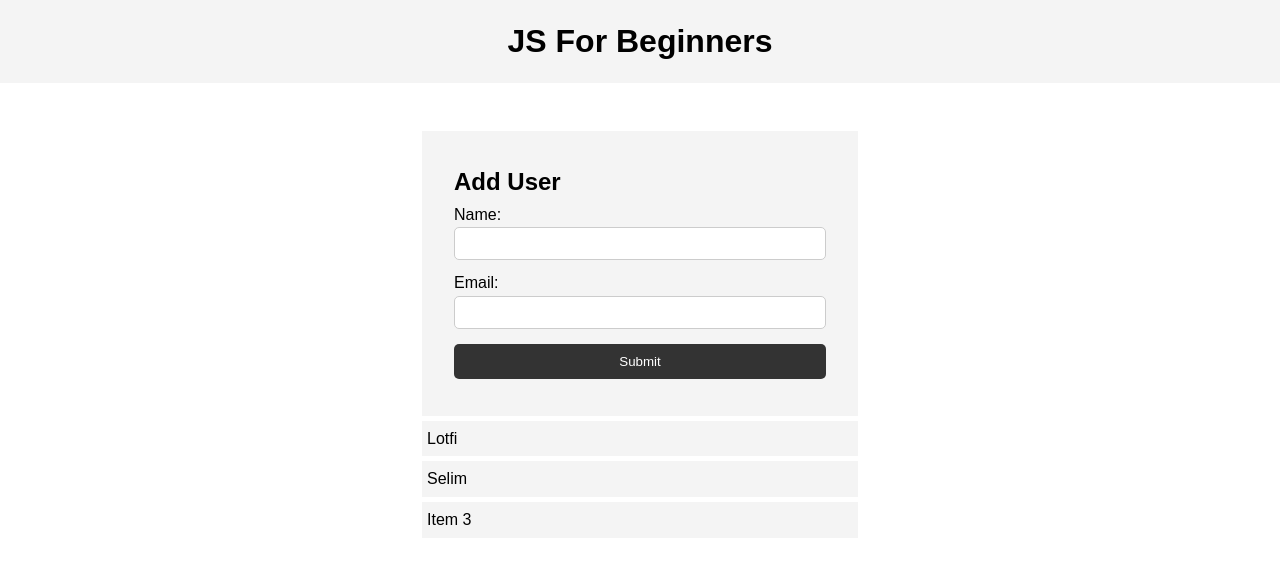
Repository: balkisys/FormationFullStackJS
Page: index.html
An editor plug-in stored every save of this project. The page is shown before and after the next save, followed by the edit.
The browser window is 1280 px wide. The pictures show the whole page.

Above is the page before, as saved 2021-03-20 13:11:29.

### index.html
<!DOCTYPE html>
<html lang="en">
  <head>
    <meta charset="UTF-8" />
    <meta name="viewport" content="width=device-width, initial-scale=1.0" />
    <meta http-equiv="X-UA-Compatible" content="ie=edge" />
    <title>JS For Beginners</title>
    <link rel="stylesheet" href="style.css">
  </head>
  <body>
    <header>
      <h1>JS For Beginners</h1>
    </header>

    <section class="container">
      <form id="my-form">
        <h1>Add User</h1>
        <div class="msg"></div>
        <div>
          <label for="name">Name:</label>
          <input type="text" id="name">
        </div>
        <div>
          <label for="email">Email:</label>
          <input type="text" id="email">
        </div>
        <input class="btn" type="submit" value="Submit">
      </form>

      <ul id="users"></ul>

      <ul class="items">
        <li class="item">Item 1</li>
        <li class="item">Item 2</li>
        <li class="item">Item 3</li>
      </ul>
    </section>



    <script src="test.js">
    </script>
  </body>
</html>

### style.css
* {
    margin: 0;
    padding: 0;
    box-sizing: border-box;
}

body {
    font-family: Arial, Helvetica, sans-serif;
    line-height: 1.6;
}

ul {
    list-style: none;
}

ul li {
    padding: 5px;
    background: #f4f4f4;
    margin: 5px 0;
}

header {
    background: #f4f4f4;
    padding: 1rem;
    text-align: center;
}

.container {
    margin: auto;
    width: 500px;
    overflow: auto;
    padding: 3rem 2rem;
}

#my-form {
    padding: 2rem;
    background: #f4f4f4;
}

#my-form label {
    display: block;
}

#my-form input[type='text'] {
    width: 100%;
    padding: 8px;
    margin-bottom: 10px;
    border-radius: 5px;
    border: 1px solid #ccc;
}

.btn {
    display: block;
    width: 100%;
    padding: 10px 15px;
    border: 0;
    background: #333;
    color: #fff;
    border-radius: 5px;
    margin: 5px 0;
}

.btn:hover {
    background: #444;
}

.bg-dark {
    background: #333;
    color: #fff;
}

.error {
    background: orangered;
    color: #fff;
    padding: 5px;
    margin: 5px;
}

### test.js
//console.log('Hello world ');
//console.error('This is an error Test ');
//console.warn('this is a warning ');


//console.log(a);
 // let, const
//let age = 30;
//age = 15;
//console.log(age);

//const PI = 3.14;
//PI = 50;
//console.log(age);

//String , Numbers , Boolean , undefined , Objet

// let number = 14.5;
// var isCold = true;
// var X;
// var z = null;
// const y = undefined;
// console.log(typeof isCold);
// console.log(typeof y);
//x = 6;
//console.log(x);

// Concatenation
//const age = 30;
//const name = 'Ali ';
//console.log('My name is : ' + name + ' i am ' + age);
// Template literals (Template strings)
//const hello = `My name is ${name} and I am ${age} `;
//console.log(hello);
//const s = 'Hello Weekend';
//console.log(s.length);// property of JS
//console.log(s.toLowerCase());
//console.log(s.toUpperCase()); //methode pre JS

//console.log(s.substring(0, 5).toLocaleUpperCase());
//console.log(s.split(''));
//const c = 'technologie , computers , it , code , React ';
//console.log(c.split(','));
 // Array - vaiables that hold multiple values
// const numbers = new Array(1, 2, 3, 4, 5); // creation of an array with the constructor
// console.log(numbers);
// const fruits = ['apples', 'oranges', 1 , 2.2 , true];
// //console.log(fruits[4]); // first element
// //fruits[5] = 'hello';

// //fruits.push('mangos');

// //fruits.unshift('bbcc');
// //fruits.pop();
// //console.log(fruits);
// //console.log(Array.isArray('test'));

// console.log(fruits.indexOf('oranges'));// position of elements in the array

// const person = {
//     firstName: 'Johne',
//     age: 30,
//     hobbies: ['music', 'movies', 'sports'],
//     adress: {
//         street: ' 50 Main ',
//         city: 'Boston ',
//         state : 'MA'
//     }

// }
//console.log(person.age);

// distructuring to pull out object properties
// const { firstName, age, adress: { city } } = person;

// console.log(age);
// console.log(city);
// // we can add a property directly :
// person.email = 'Johne@gmail.com';
// console.log(person);
// Array of object  : object letrals
const todos = [
    {
        id: 1,
        text: 'Take JS cours ',
        isCompleted : true
    },
     {
        id: 2,
        text: 'Take React cours ',
        isCompleted : true
    },
      {
        id: 3,
        text: 'Take Node.js cours ',
        isCompleted : false
    }
]
// console.log(todos.length);

// const todoJSON = JSON.stringify(todos);
// console.log(todoJSON);

//FOR LOOP

//  for (let i = 0; i <= todos.length; i++){
//     console.log(todos[i]);
//     //console.log(`For Loop Number : ${i}`);
// }

// let i = 0;
// while (i < 5) {
//     console.log(`While Loop Number : ${i}`);
//     i ++;
// }
//ES6
// for (let item of todos) {
//     console.log(item);
// }
//Heigh Order Array Methods :
// forEach , Map , filter

// forEach  : just loops threw the array
// map : create new array from an array
// filter : create new array from an array based on condition

//ForEach
// todos.forEach(
//     function (todo) {
//     console.log(todo.text);
//     })

// Map
// const todoText = todos.map(function (item) {
//     return item.text;
// })
// console.log(todoText);

// Filter ES6


// const todoCompleted = todos.filter(function (item) {
//     return item.isCompleted === true;
// }).map(function (item1) {
//     return item1.text;
// })
// console.log(todoCompleted);

// Conditionals
// Simple If/ Else Statement
// let x = 10;
// let z = '10';
// console.log(x === z);

// x = '10';
// if (x === 10) {
//     console.log('x is 10');

// }
// else if (x > 10) {
//     console.log('x is grater then 10 ');
// }
// else {console.log('x is less then 10 or not a number ')}

// Ternary operator / shorthand if statement

// const x = 10;
// const color = x > 10 ? 'red' : 'blue';
// console.log(color);
// color = 'green';
// switch (color) {
//     case 'red':
//         console.log('color is red');
//         break;
//     case 'blue':
//         console.log('color is blue');
//         break;
//     default:
//         console.log('color is not red or blue ');

// }

// const x = 6;
// const y = 11;
// if (x > 5 && y > 10) { // 'OU' : ||  && : 'ET'
//     console.log('x is more then 5 and y is more than 10 ');
// }


// Fonctions
// declaration d'une fonction
// function addNumbers(num1 , num2) {
//     console.log(num1 + num2);
// }
// // appeler la fct :
// addNumbers(5, 10);
// addNumbers(); // return NaN (not a Number that means it should return a number )


// function addNumbers(num1 = 1, num2 = 8) {
//     console.log(num1 + num2);
// }
// addNumbers(10);



// arrow functions
// const addNumbers = (num1 = 1, num2 = 4) =>  num1 + num2

// console.log(addNumbers());

// const addNumbers = num1 => num1 + 5;
// console.log(addNumbers(70));

// OOP

// Constructor function
// function Person(firstName, lastName, dob) {
//     this.firstName = firstName;
//     this.lastName = lastName;
//     this.dob = new Date (dob);

//     // we can add a methods or functions to this object


// }
// const person = new Person('John', 'Doe', '04-03-1980');
// console.log(person);
// Person.prototype.getBirthYear = function () {
//     return this.dob.getFullYear();
//     }
// Person.prototype.getFullName = function () {
//         return `${this.firstName} ${this.lastName}`
// }


// Create class with ES6
// class Person {
//     constructor(firstName, lastName, dob) {
//         this.firstName = firstName;
//         this.lastName = lastName;
//         this.dob = new Date (dob);
//     }
//     getBirthYear() {
//         return this.dob.getFullYear();
//     }
//     getFullName() {
//          return `${this.firstName} ${this.lastName}`
//     }
// }

// const person2 = new Person(' ', '', '');
// console.log(person2);

// ------------------------------- DOM ---------------------- //

// window object is the parent object of the browser
//window.alert('Hello');


// const form = document.getElementById('my-form');
// console.log(form);
//console.log(document.querySelector('.container'));
// .class // //#id  //


 // Multiple element

// console.log(document.querySelectorAll('.item'));
// console.log(document.getElementsByClassName('item'));
// console.log(document.getElementsByTagName('div'));

// const items = document.querySelectorAll('.item');
// items.forEach((item) => console.log(item));


 const ul = document.querySelector('.items');
 //ul.remove();
//console.log(ul);
//ul.lastElementChild.remove();
//ul.firstElementChild.remove();
ul.firstElementChild.textContent = 'Lotfi';
ul.children[1].innerHTML = 'Selim';




































































































// ---------------------------------------------------- //

    //EL CODE ELI MENBA3D N7OTOU FI DRIVE
// const x = 4;
// const y = 11;
// if (x > 5 || y > 10) { // try ' && '
//     console.log('x is more than 5 or y is more than 10 ');
// }
// Functions
// function addNums(num1, num2) {
//     console.log(num1 + num2);

// }
// addNums(5, 4);
//addNums();// returns NaN (not a number that means it should return a number)
// other exp with setting default values for our parameters
// function addNums(num1 = 1 , num2 = 3) {
//     //console.log(num1 + num2); // usualy we don't console log somthing we return somthing from the function
//     return num1 + num2;
// }
// //addNums(); // it returns value because we have parametres with default value
// console.log(addNums(5, 5));

// Now with arrow functions it much better for code
// Arrow functions intreduced with ES6
// we transforme addNums function to arraow function
// const addNums = (num1 = 1, num2 = 1) => {
//     return num1 + num2;
// }
// if we have one expression  no other variable declaration we can juste write it in one ligne
// like that
// const addNums = (num1 = 1, num2 = 1) => console.log(num1 + num2);
// addNums(5, 50);
//  if we want to return somthing we simply don't write the 'return' key world
// const addNums = (num1 = 1, num2 = 1) => num1 + num2;
// console.log(addNums(5, 51));

// or if we have one parametre we delete the ()

// const addNums = num1 => num1 + 5;
// console.log(addNums(5000));
// usffull for  foreach

//todos.forEach((todo) => console.log(todo));

//OOP
// we have looked on Object litterals and distruction
//constructor function with prototypes and ES6 classes

// function Person(firstName, lastName, dob) {// we set them to properties of object
//     this.firstName = firstName;
//     this.lastName = lastName;
//     //this.dob = dob;
//     this.dob = new Date(dob);
//     // we can add methodes or function to this object
//     // this.getBirthYear = function () {
//     //     return this.dob.getFullYear();
//     // }
//     // this.getFullName = function () {
//     //     return `${this.firstName} ${this.lastName}`
//     // }
// }
// Person.prototype.getBirthYear = function () {
//     return this.dob.getFullYear();
// }
// Person.prototype.getFullName  = function () {
//      return `${this.firstName} ${this.lastName}`
// }
// // Instantiate object with constructor function
// const person1 = new Person('John', 'Doe', '4-3-1980');
// const person2 = new Person('Marry', 'Smith', '3-6-1970');
// console.log(person2.dob.getFullYear());// we can do alot of things with the Date methode
// // we have to talke about dates : now we pass date as string but in a good exp we have to declare Date()


// console.log(person1.getBirthYear());
// console.log(person1.getFullName());
// console.log(person1);// what i would like to do not have the functions with every object instance
// //  because we might not need to use this so we put the function in the prototype

// console.log(person2.getFullName());

// ES6 uses Classes syntaxed sugar easier to write and reed
// class Person {
//     constructor(firstName, lastName, dob) {// it's a methode inside class
//          this.firstName = firstName;
//          this.lastName = lastName;
//    //this.dob = dob;
//          this.dob = new Date(dob);
//     }
//     getBirthYear() {
//         return this.dob.getFullYear();
//     }
//     getFullName() {
//         return `${this.firstName} ${this.lastName}`;
//     }

// }
// const person1 = new Person('John', 'Doe', '4-3-1980');
// const person2 = new Person('Marry', 'Smith', '3-6-1970');
// console.log(person1.getFullName());
// console.log(person1);


// -----------------DOM---------------------------- //
// window object is the parent object of the browser : he have the alert function
//console.log(window);
//window.alert(1);
// talk about document function
// Single element
// const form = document.getElementById('my-form');
// // query selector is newer then getElementById : and works just like Jquery
// console.log(document.querySelector('.container'));

// console.log(form);
// console.log()
// // Multiple element
//console.log(document.querySelectorAll('.item')); //node list semilar to an array
// we can run array methods on it
// with querySelectorAll you can put any thing an id , class , a tag anything
//console.log(document.getElementsByClassName('item'));
//console.log(document.getElementsByTagName('li'));

//const items = document.querySelectorAll('.item');
//items.forEach((item) => console.log(item));
//const ul = document.querySelector('.items');
//ul.remove();
// remove the last item

//ul.lastElementChild.remove();
//ul.firstElementChild.textContent = 'Hello';
// ul.children[1].innerText = 'John';
// ul.lastElementChild.innerHTML = '<h1> Hello</h1>';
// const btn = document.querySelector('.btn');
// //btn.style.background = 'red'; // we use that maybe in Functions for exp you click on somthing and that change the style or the color
// // create an eventListner
// // first parameter is the event the second is the function that you want to run
// //when the btn clicked
// btn.addEventListener('click', (e) => { // pls events : mouseover / mouseout
//     //console.log('click');// show up very fast and gonne
//     //the reasone is that's a submit button and when you submit a form and
//     //actually submits to the file so we have to prevent the default behaivour and what we do :

//     e.preventDefault();
//     //console.log(click);
//     //console.log(e); // e : is the submit object we see it in the console
//     // we focus on target : give us the actual element
//     //console.log(e.target);//give me the element that the event is on
//     //console.log(e.target.className); // give you the class else we can have the id : e.target.id
//     document.querySelector('#my-form').style.background = '#ccc';
//     // we can add a class
//     document.querySelector('body').classList.add('bg-dark');
//     // jsut want to show you how to make your user interface interactive
//     document.querySelector('.items').lastElementChild.innerHTML = '<h1>i am the last one</h1>';

// } );
// ---------------------- FORM ---------------------//
// const myForm = document.querySelector('#my-form');
// const nameInput = document.querySelector('#name');
// const emailInput = document.querySelector('#email');
// const msg = document.querySelector('.msg');
// const userList = document.querySelector('#users');

// myForm.addEventListener('submit', onSubmit); //we can just put the name of the function

// function onSubmit(e) {
//     e.preventDefault();
//     //console.log(nameInput.value);//to return the value in the nameInput
//     // we want validation if the 2 fields are completed so we submit
//     if (nameInput.value === '' || emailInput.value === '') {
//         //alert('Please enter fields');
//         msg.classList.add('error');
//         msg.innerHTML = 'Please enter all fields';
//         setTimeout(() => msg.remove(), 3000);
//     } else {
//         //console.log('success');
//         const li = document.createElement('li'); // create element and insert it to the DOM
//         li.appendChild(document.createTextNode(`${nameInput.value} : ${emailInput.value}`));
//         // we have to append the li to the UI
//         userList.appendChild(li);
//         // Clear fields
//         nameInput.value = '';
//         emailInput.value = '';
//     }
// }

After the next save:
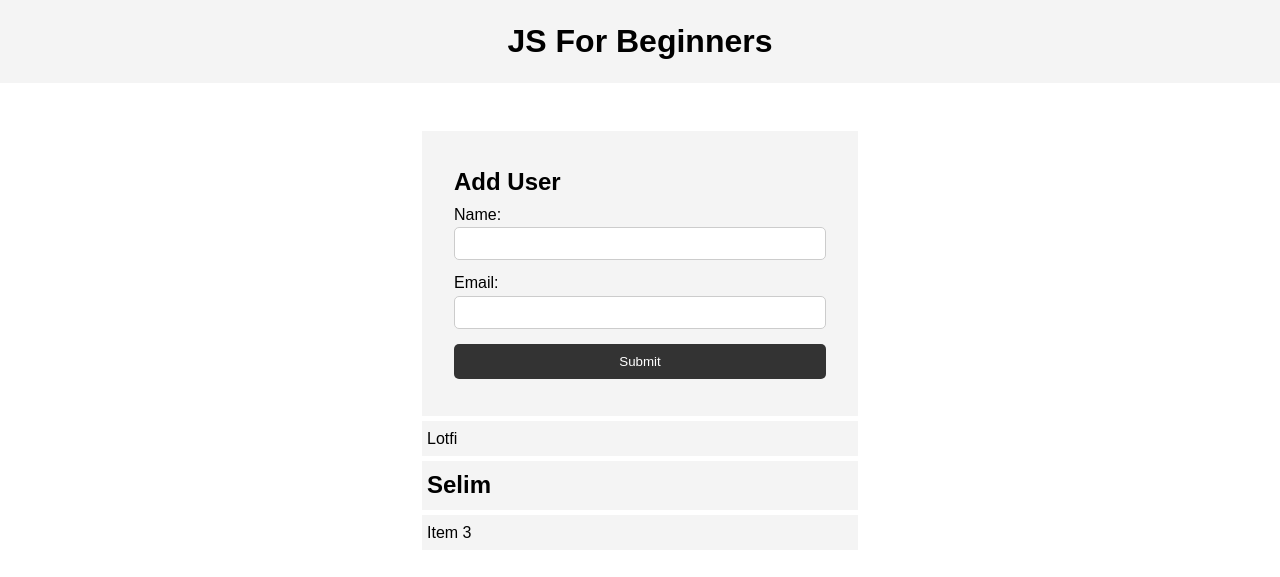
Saved 18 s later.
--- a/test.js
+++ b/test.js
@@ -280,7 +280,7 @@ const todos = [
 //ul.lastElementChild.remove();
 //ul.firstElementChild.remove();
 ul.firstElementChild.textContent = 'Lotfi';
-ul.children[1].innerHTML = 'Selim';
+ul.children[1].innerHTML = '<h1>Selim</h1>';
 
 
 
